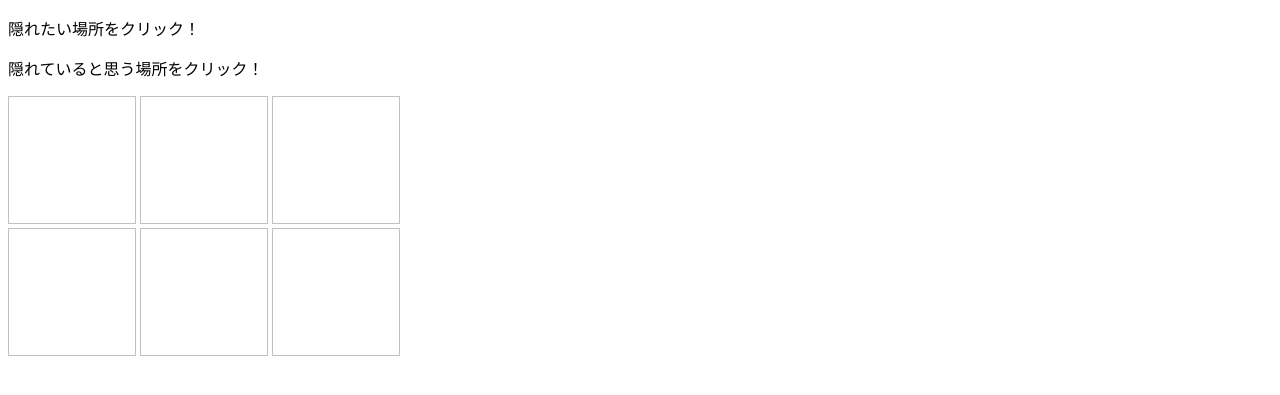
Repository: shoma2491/Mission_Invisible
Page: src/main/resources/templates/game.html
An editor plug-in stored every save of this project. The page is shown before and after a run of saves, followed by the edit.
The browser window is 1280 px wide. The pictures show the whole page.

Above is the page before, as saved 2022-01-18 14:34:30.

### src/main/resources/templates/game.html
<!DOCTYPE html>
<html>

<head>

</head>

<body>
        <div sec:authorize="hasRole('ROLE_USER')">
                <p>隠れたい場所をクリック！</p>
        </div>
        <div sec:authorize="hasRole('ROLE_ONI')">
                <p>隠れていると思う場所をクリック！</p>
        </div>

        <a href="/selectImgNum/1"><img th:src="@{/image/神社.png}" width="128" height="128" /></a>
        <a href="/selectImgNum/2"><img th:src="@{/image/商店街.png}" width="128" height="128" /></a>
        <a href="/selectImgNum/3"><img th:src="@{/image/くさむら.png}" width="128" height="128" /></a>
        <br/>
        <a href="/selectImgNum/4"><img th:src="@{/image/納屋.png}" width="128" height="128" /></a>
        <a href="/selectImgNum/5"><img th:src="@{/image/墓地.png}" width="128" height="128" /></a>
        <a href="/selectImgNum/6"><img th:src="@{/image/木.png}" width="128" height="128" /></a>
</body>

</html>

After the next 2 saves:
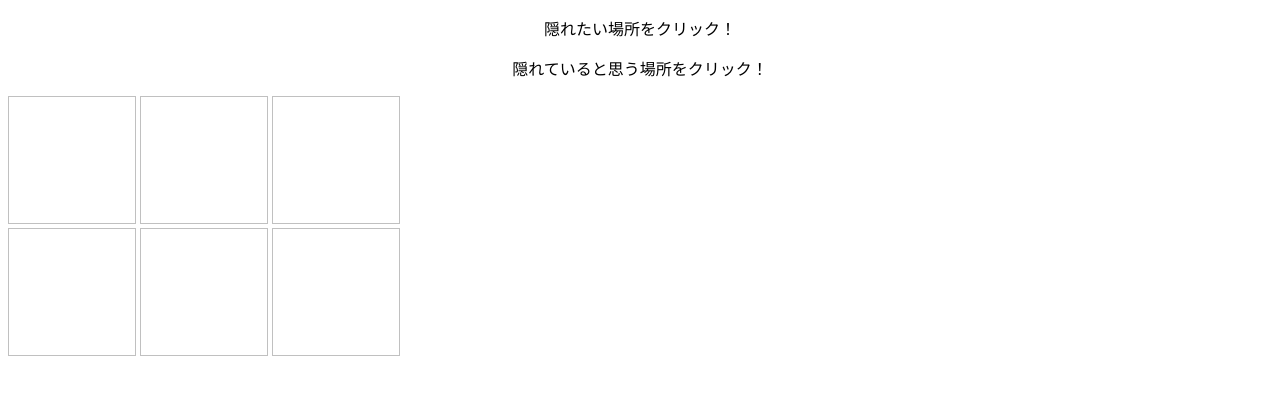
The 2 saves are shown as one change because they came seconds apart.
The last was saved 10 s later.
--- a/src/main/resources/templates/game.html
+++ b/src/main/resources/templates/game.html
@@ -6,10 +6,10 @@
 </head>
 
 <body>
-        <div sec:authorize="hasRole('ROLE_USER')">
+        <div sec:authorize="hasRole('ROLE_USER')" style="text-align:center">
                 <p>隠れたい場所をクリック！</p>
         </div>
-        <div sec:authorize="hasRole('ROLE_ONI')">
+        <div sec:authorize="hasRole('ROLE_ONI')" style="text-align:center">
                 <p>隠れていると思う場所をクリック！</p>
         </div>
 
